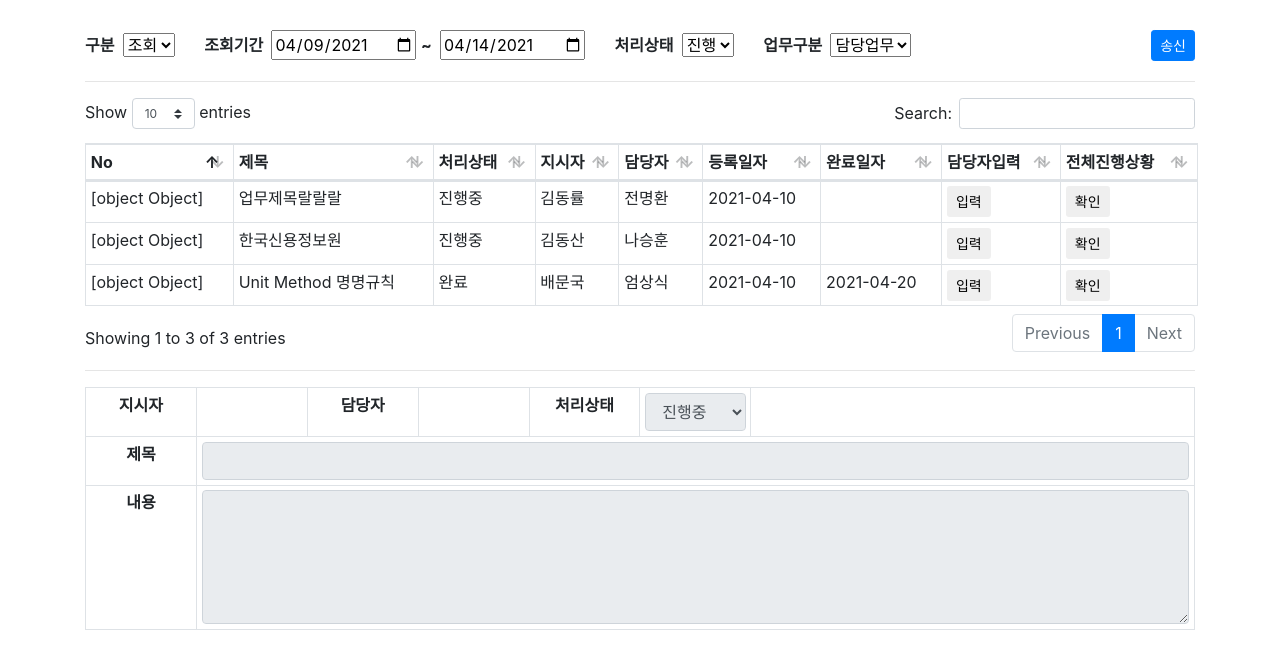
Repository: jungtaeyong/FSB_Project
Page: http://localhost/FsbJobMgt/main.jsp
The author's editor kept a copy of each file at every save. The page is drawn from the files as they stood at one save, then again after the next save.
The browser window is 1280 px wide. The pictures show the whole page.
The page is served by Tomcat 9.

Above is the page before, as saved 2021-04-16 06:15:14.

### FsbJobMgt/WebContent/main.jsp
<%@ page language="java" contentType="text/html; charset=EUC-KR" pageEncoding="EUC-KR"%>
<%@ include file="/modal1_Adding.jsp" %>

<!DOCTYPE html PUBLIC "-//W3C//DTD HTML 4.01 Transitional//EN" "http://www.w3.org/TR/html4/loose.dtd">
<html>
<head>
<meta http-equiv="Content-Type" content="text/html; charset=EUC-KR">
<title>업무 관리</title>
</head>
<body>
<!-- jquery  -->
<script type="text/javascript" src="js/jquery-3.6.0.min.js"></script>

<!-- bootstrap -->
<link rel="stylesheet" type="text/css" href="lib/Bootstrap-4-4.1.1/css/bootstrap.min.css"/>
<script type="text/javascript" src="lib/Bootstrap-4-4.1.1/js/bootstrap.min.js"></script>

<!-- datatables -->
<link rel="stylesheet" type="text/css" href="lib/DataTables-1.10.24/css/dataTables.bootstrap4.min.css"/>
<script type="text/javascript" src="lib/DataTables-1.10.24/js/jquery.dataTables.min.js"></script>
<script type="text/javascript" src="lib/DataTables-1.10.24/js/dataTables.bootstrap4.min.js"></script>
<script>
$(document).ready(function() {
	/* 초기 조회 조건 세팅 */
	$('#REQUEST_TYPE').val('1'); //구분
	$('#BZWR_STS').val('01'); //처리상태
	$('#BZWR_DSTC').val('2'); //업무구분

	let befor7days= new Date();
	befor7days.setDate(befor7days.getDate()-5);
	document.getElementById('FROM_DATE').valueAsDate = befor7days; //FROM_DATE
	document.getElementById('TO_DATE').valueAsDate = new Date(); //TO_DATE


	 $('#job_list').DataTable( {
		 ajax : {
	        	url : 'lib/testJson2.json',
	        	type : 'POST',
	        	data : {
	        		REQUEST_TYPE:$('#REQUEST_TYPE').val(),
	        		FROM_DATE:$('#FROM_DATE').val(),
	        		TO_DATE:$('#TO_DATE').val(),
	        		BZWR_STS:$('#BZWR_STS').val(),
	        		BZWR_DSTC:$('#BZWR_DSTC').val()
	        	}
	        },
	        columns : [
	       			{data: null },
	       			{data: "BZWR_TTL" },
	                   {data: "BZWR_STS", render : function ( data, type, row, meta ) {
	                   	if(data=="01"){
	                   		return '진행중';
	                   	}else if(data=="02"){
	                   		return '완료';
	                   	}
	                   }},
	                   {data: "BZWR_INDC_CHGR_TXT" },
	                   {data: "BZWR_EXC_CHGR_TXT" },
	                   {data: "BZWR_REG_DT" },
	                   {data: "BZWR_CMPL_DT" },
	                   {data: null , render : function ( data, type, row, meta ) {
	                       return '<button name="first_btn" class="btn btn-sm btn-default">입력</button>'
	                   }},
	                   {data: null , render : function ( data, type, row, meta ) {
	                       return '<button name="second_btn" class="btn btn-sm btn-default">확인</button>'
	                   }}
	               ]
	 } );


	/* 송신버튼 */
	$('#action_submit').click(function(){
		let dvcd = $('#REQUEST_TYPE').val();
		if(dvcd=='1'){
			console.log('조회');
			setTable();
		}else if(dvcd=='2'){
			console.log('등록');
			createNewJob();
		}else if(dvcd=='3'){
			console.log('변경');
			updateJob();
		}
	});

	/* 구분 변경 이벤트 처리 */
	$('#REQUEST_TYPE').change(function() {
		let dvcd = $('#REQUEST_TYPE').val();
		if(dvcd=='1'){
			$('#BZWR_EXC_CHGR_BTN').hide();
			$('#BZWR_STS_2').attr("disabled",true);
			$('#BZWR_TTL').attr("disabled",true);
			$('#BZWR_CNTN').attr("disabled",true);
		}else if(dvcd=='2'){
			$('#BZWR_INDC_CHGR').text('로그인 유저');
			$('#BZWR_EXC_CHGR').text('');
			$('#BZWR_EXC_CHGR_BTN').show();
			$('#BZWR_STS_2').attr("disabled",true);
			$('#BZWR_TTL').val("");
			$('#BZWR_CNTN').val("");
			$('#BZWR_TTL').removeAttr("disabled");
			$('#BZWR_CNTN').removeAttr("disabled");
		}else if(dvcd=='3'){
			$('#BZWR_EXC_CHGR_BTN').show();
			$('#BZWR_STS_2').removeAttr("disabled");
			$('#BZWR_TTL').removeAttr("disabled");
			$('#BZWR_CNTN').removeAttr("disabled");
			alert('변경할 데이터를 선택해주세요.');
		}
	});

} );

function setTable(){
	/* 테이블 데이터 로딩 */
	let sendData = {
    		REQUEST_TYPE:$('#REQUEST_TYPE').val(),
    		FROM_DATE:$('#FROM_DATE').val(),
    		TO_DATE:$('#TO_DATE').val(),
    		BZWR_STS:$('#BZWR_STS').val(),
    		BZWR_DSTC:$('#BZWR_DSTC').val()
    };
	console.log('sendData',sendData);
	let jobList = $('#job_list').DataTable( {
        ajax : {
        	url : 'lib/testJson2.json',
        	type : 'POST',
        	data : sendData
        },
        columns : [
			{data: null },
			{data: "BZWR_TTL" },
            {data: "BZWR_STS", render : function ( data, type, row, meta ) {
            	if(data=="01"){
            		return '진행중';
            	}else if(data=="02"){
            		return '완료';
            	}
            }},
            {data: "BZWR_INDC_CHGR_TXT" },
            {data: "BZWR_EXC_CHGR_TXT" },
            {data: "BZWR_REG_DT" },
            {data: "BZWR_CMPL_DT" },
            {data: null , render : function ( data, type, row, meta ) {
                return '<button name="first_btn" class="btn btn-sm btn-default">입력</button>'
            }},
            {data: null , render : function ( data, type, row, meta ) {
                return '<button name="second_btn" class="btn btn-sm btn-default">확인</button>'
            }}
        ],
        columnDefs: [{ className: 'text-center', targets: [0,2,3,4,5,6,7,8] }],
        order: [[ 1, 'asc' ]]
    });

	/* 테이블 Index 생성을 위한 함수 */
	jobList.on( 'order.dt search.dt', function () {
		jobList.column(0, {search:'applied', order:'applied'}).nodes().each( function (cell, i) {
	        cell.innerHTML = i+1;
	    } );
	} ).draw();

	/* 테이블 클릭 이벤트  -> 클릭한 row에 해당하는 데이터를 상세 정보에 보여줌*/
	$('#job_list tbody').on('click', 'td:nth-child(-n+7)', function () {
		let data = jobList.row( this ).data();
	    console.log('Table Click Event',data);

		if($('#REQUEST_TYPE').val()!='2'){ //"구분-등록" 상태면 반응 없음.
	        $('#BZWR_INDC_CHGR').text(data.BZWR_INDC_CHGR_TXT); //지시자
	        $('#BZWR_EXC_CHGR').text(data.BZWR_EXC_CHGR_TXT); //담당자
	        $('#BZWR_STS_2').val(data.BZWR_STS); //처리상태(업무상태)
	        $('#BZWR_TTL').val(data.BZWR_TTL); //제목
	        $('#BZWR_CNTN').val(data.BZWR_CNTN); //내용
	        if($('#REQUEST_TYPE').val()=='1' || data.BZWR_STS=='02'){
	        	$('#BZWR_EXC_CHGR_BTN').hide();
				$('#BZWR_STS_2').attr("disabled",true);
				$('#BZWR_TTL').attr("disabled",true);
				$('#BZWR_CNTN').attr("disabled",true);
	        }else{
	        	$('#BZWR_EXC_CHGR_BTN').show();
				$('#BZWR_STS_2').removeAttr("disabled");
				$('#BZWR_TTL').removeAttr("disabled");
				$('#BZWR_CNTN').removeAttr("disabled");
	        }
		}
	} );

	/* 선택된  row 하이라이트 */
	$('#job_list tbody').on('click', 'tr', function() {
		$('#job_list tbody > tr').css('background-color','#ffffff');
		$(this).css('background-color','#f0f5f5');
	});

	/* 테이블 버튼 이벤트(담당자입력) */
	$('#job_list tbody').on( 'click', 'button[name="first_btn"]', function () {
	    let data = jobList.row( $(this).parents('tr') ).data();
		//console.log("First Button",data);
		setData(data); //모달 페이지로 데이터를 전달하기 위한 함수
		$('#exampleModal').modal();
	} );

	/* 테이블 버튼 이벤트(전체진행상황) */
	$('#job_list tbody').on( 'click', 'button[name="second_btn"]', function () {
	    let data = jobList.row( $(this).parents('tr') ).data();
		//console.log("Second Button",data);
	    setData(data); //모달 페이지로 데이터를 전달하기 위한 함수
		$('#exampleModalCenter').modal();
	} );
}

/* 등록 */
function createNewJob(){
	$.ajax({
		url:'',
		dataType:'application/json',
		data : {
			REQUEST_TYPE:$('#REQUEST_TYPE').val(), //구분(조회,등록,변경)
			BZWR_DSTC:$('#BZWR_DSTC').val(), //업무구분
			BZWR_INDC_CHGR:'로그인 유저', //업무지시담당자
			BZWR_EXC_CHGR:'담당자', //업무수행담당자
			BZWR_STS:'1', //업무상태 (등록 시 진행으로 세팅)
			BZWR_TTL:$('#BZWR_TTL').val(), //업무제목
			BZWR_CNTN:$('#BZWR_CNTN').val() //업무내용
		},
		success:function(data){
			alert('등록 되었습니다.');
	   }
	})
}

/* 변경 */
function updateJob(){
	$.ajax({
		url:'',
		dataType:'application/json',
		data : {
			REQUEST_TYPE:$('#REQUEST_TYPE').val(), //구분(조회,등록,변경)
			BZWR_DSTC:$('#BZWR_DSTC').val(), //업무구분
			BZWR_EXC_CHGR:'담당자', //업무수행담당자
			BZWR_STS:$('#BZWR_STS_2').val(), //업무상태
			BZWR_TTL:$('#BZWR_TTL').val(), //업무제목
			BZWR_CNTN:$('#BZWR_CNTN').val() //업무내용
		},
		success:function(data){
			alert('변경 되었습니다.');
	   }
	})
}

</script>
<div class="container" style="margin-top:30px">
	<!-- 조회 조건 -->
	<div>
		<div>
			<label style="font-weight:bold;">구분&nbsp;</label>
			<select id="REQUEST_TYPE" style="margin-right:25px">
			    <option value="1">조회</option>
			    <option value="2">등록</option>
			    <option value="3">변경</option>
			</select>
			<label style="font-weight:bold">조회기간&nbsp;</label>
			<input type="date" id="FROM_DATE" style="width:145px" value=""/>
			<label style="font-weight:bold">~&nbsp;</label>
			<input type="date" id="TO_DATE" value=""  style="margin-right:25px;width:145px"/>
			<label style="font-weight:bold;">처리상태&nbsp;</label>
			<select id="BZWR_STS" style="margin-right:25px">
			    <option value="01">진행</option>
			    <option value="02">완료</option>
			    <option value="03">전체</option>
			</select>
			<label style="font-weight:bold;">업무구분&nbsp;</label>
			<select id="BZWR_DSTC">
			    <option value="1">지시업무</option>
			    <option value="2">담당업무</option>
			</select>
			<input type='button' id="action_submit" class="btn btn-sm btn-primary" style="float:right" value='송신'/>
		</div>
	</div>
	<hr/>
	<!-- 목록 -->
	<div>
		<table id="job_list" class="table table-sm table-bordered">
	        <thead>
	            <tr>
	            	<th>No</th>
	                <th>제목</th>
	                <th>처리상태</th>
	                <th>지시자</th>
	                <th>담당자</th>
	                <th>등록일자</th>
	                <th>완료일자</th>
	                <th>담당자입력</th>
	                <th>전체진행상황</th>
	            </tr>
	        </thead>
	    </table>
	</div>
	<hr/>
	<!-- 상세 -->
	<div>
		<table class="table table-bordered table-sm display" style="text-align:center;">
			<tr>
				<th scope="col" width="10%">지시자</th>
				<td scope="col" id="BZWR_INDC_CHGR" width="10%"></td>
				<th scope="col" width="10%">담당자</th>
				<td scope="col" width="10%">
					<span id="BZWR_EXC_CHGR"></span>
					<button id="BZWR_EXC_CHGR_BTN" class="btn btn-sm btn-info" style="display:none">선택</button>
				</td>
				<th scope="col" width="10%">처리상태</th>
				<td scope="col" width="10%">
					<select id="BZWR_STS_2" class="form-control" disabled>
					    <option value="01">진행중</option>
					    <option value="02">완료</option>
					</select>
				</td>
				<td scope="col"></td>
			</tr>
			<tr>
				<th scope="row">제목</th><td colspan="6"><input type="text" id="BZWR_TTL" class="form-control input-sm" disabled/></td>
			</tr>
			<tr>
				<th scope="row">내용</th><td colspan="6"><textarea ID="BZWR_CNTN" class="form-control input-sm" rows="5" disabled></textarea></td>
			</tr>
		</table>
	</div>
</div>
</body>
</html>

### FsbJobMgt/WebContent/modal1_Adding.jsp
<%@ page language="java" contentType="text/html; charset=EUC-KR"
    pageEncoding="EUC-KR"%>
<!DOCTYPE html>

<html lang="en">
  <head>
    <!-- Required meta tags -->
    <meta charset="utf-8">
    <meta name="viewport" content="width=device-width, initial-scale=1, shrink-to-fit=no">

	<!-- jquery  -->
	<script type="text/javascript" src="js/jquery-3.6.0.min.js"></script>

	<!-- bootstrap -->
	<link rel="stylesheet" type="text/css" href="lib/Bootstrap-4-4.1.1/css/bootstrap.min.css"/>
	<script type="text/javascript" src="lib/Bootstrap-4-4.1.1/js/bootstrap.min.js"></script>




<!--     드롭다운 style -->
    <style>
	.dropbtn {
	  background-color: #4CAF50;
	  color: white;
	  padding: 16px;
	  font-size: 16px;
	  border: none;
	}

	.dropdown {
	  position: relative;
	  display: inline-block;
	}

	.dropdown-content {
	  display: none;
	  position: absolute;
	  background-color: #f1f1f1;
	  min-width: 160px;
	  box-shadow: 0px 8px 16px 0px rgba(0,0,0,0.2);
	  z-index: 1;
	}

	.dropdown-content a {
	  color: black;
	  padding: 12px 16px;
	  text-decoration: none;
	  display: block;
	}

	.dropdown-content a:hover {background-color: #ddd;}

	.dropdown:hover .dropdown-content {display: block;}

	.dropdown:hover .dropbtn {background-color: #3e8e41;}
	</style>

  </head>
  <script>
	function setData(data){
		let dataObjFromMain; //dataObjFromMain.JOB_CD 처럼 접근해서 사용.
		dataObjFromMain=data;
		console.log('dataObjFromMain',dataObjFromMain); //확인용

		/* 여기에 DB에 데이터 요청하고 받아오고 view에 적용하는 로직 작성 */
	}
  </script>
  <body>
    <!--
    <h1>In Page</h1>
	<button type="button" class="btn btn-primary" data-toggle="modal" data-target="#exampleModal" data-whatever="@mdo">담당자 추가</button>
	-->


	<!-- 	### 담당자 추가 -->
	<div class="modal fade" id="exampleModal" tabindex="-1" role="dialog" aria-labelledby="exampleModalLabel" aria-hidden="true">
	  <div class="modal-dialog" role="document">
	    <div class="modal-content">
	      <div class="modal-header">
	        <h5 class="modal-title" id="exampleModalLabel">담당자 추가</h5>
	        <button type="button" class="close" data-dismiss="modal" aria-label="Close">
	          <span aria-hidden="true">&times;</span>
	        </button>
	      </div>

	      <div class="modal-body">
		    <b>최초 지시자&emsp;</b> <em>OOO</em>
		    &emsp;&emsp;&emsp;&emsp;&emsp;
		    <b>현재 담당자&emsp;</b> <em>OOO</em>

	     	<br/><br/>

			<table>
				<tr><!--행(row)선언-->
	                <th><b>추가 담당자</b></th>


	                	<!-- <input type="text" name = "UserID" value="" placeholder = "담당자 입력" style="width:100px; right:30%;"/> -->
	                	<!-- <input type="text" class="form-control" id="recipient-name" style="width:100px; padding-left:10px"> -->
	                	<td>
	                	&emsp;
	                		<select name="solar_birth_yn" id="solar_birth_yn">
		                		<option value="none">부 서</option>
		 				       	<option value="1">IT</option>
					       	 	<option value="2">일반본부</option>
					   		</select>
					   	&emsp;
					   		<select name="solar_birth_yn" id="solar_birth_yn">
		                		<option value="none">팀</option>
		 				       	<option value="1">계정운영팀</option>
					       	 	<option value="2">계정개발팀</option>
					   		</select>
					   	&emsp;
					   		<select name="solar_birth_yn" id="solar_birth_yn">
		                		<option value="none">사원</option>
		 				       	<option value="1">홍길동</option>
					       	 	<option value="2">김동율</option>
					   		</select>
					    </td>

	                <!-- <th rowspan="2"><input type="submit" value="로그인"/></th> -->
        	    </tr>
			</table>


			<hr>

	        <form>
	          <div class="form-group">
	            <label for="recipient-name" class="col-form-label">제 목</label>
	            <input type="text" class="form-control" id="recipient-name">
	          </div>
	          <div class="form-group">
	            <label for="message-text" class="col-form-label">내 용</label>
	            <textarea class="form-control" id="message-text" style="height:100px"></textarea>
	          </div>
	        </form>
	      </div>

	      <div class="modal-footer">
	        <button type="button" class="btn btn-secondary" data-dismiss="modal">닫기</button>
	        <button type="button" class="btn btn-primary">등록</button>
	      </div>
	    </div>
	  </div>
	</div>

	<!-- 	### 지시현황 체크 -->
		<!-- Button trigger modal -->
	<!--
	<button type="button" class="btn btn-primary" data-toggle="modal" data-target="#exampleModalCenter">
	  지시현황
	</button>
	-->

	<!-- Modal -->
	<div class="modal fade" id="exampleModalCenter" tabindex="-1" role="dialog" aria-labelledby="exampleModalCenterTitle" aria-hidden="true">
	  <div class="modal-dialog modal-dialog-centered" role="document">
	    <div class="modal-content">
	      <div class="modal-header">
	        <h5 class="modal-title" id="exampleModalCenterTitle">지시현황</h5>
	        <button type="button" class="close" data-dismiss="modal" aria-label="Close">
	          <span aria-hidden="true">&times;</span>
	        </button>
	      </div>

	      <div class="modal-body">
		     <table class="table">
				 <thead>
				   <tr>
				      <th>지시자</th>
				      <th>담당자</th>
				      <th>처리 상태</th>
   				      <th>지시 일자</th>
				   </tr>
				 </thead>
				 <tbody>
				   <tr>
				      <td>John</td>
				      <td>Doe</td>
				      <td>진행중</td>
				      <td>2021.03.01</td>
				   </tr>
				   <tr>
				      <td>Doe</td>
				      <td>Moe</td>
				      <td>진행중</td>
   				      <td>2021.04.02</td>
				   </tr>
				   <tr>
				      <td>Moe</td>
				      <td>Ryul</td>
				      <td>완료</td>
				      <td>2021.04.10</td>
				   </tr>
				 </tbody>
			</table>
	      </div>

	      <div class="modal-footer">
	        <button type="button" class="btn btn-secondary" data-dismiss="modal">닫기</button>
	      </div>
	    </div>
	  </div>
</div>




 </body>
</html>

### FsbJobMgt/WebContent/lib/testJson2.json
{
  "data": [
    {
      "BZWR_DSTC": "1",
      "JOB_CD": "20210410123456",
      "SQNO": "1",
      "BZWR_STS": "01",
      "BZWR_REG_DT": "2021-04-10",
      "BZWR_CMPL_DT": "",
      "BZWR_INDC_CHGR": "221001",
      "BZWR_INDC_CHGR_TXT": "김동률",
      "BZWR_EXC_CHGR":"221002",
      "BZWR_EXC_CHGR_TXT":"전명환",
      "BZWR_TTL":"업무제목랄랄랄",
      "BZWR_CNTN":"업무내용호롤롤롤"
    },
    {
      "BZWR_DSTC": "1",
      "JOB_CD": "20210410153215",
      "SQNO": "2",
      "BZWR_STS": "01",
      "BZWR_REG_DT": "2021-04-10",
      "BZWR_CMPL_DT": "",
      "BZWR_INDC_CHGR": "221001",
      "BZWR_INDC_CHGR_TXT": "김동산",
      "BZWR_EXC_CHGR":"221002",
      "BZWR_EXC_CHGR_TXT":"나승훈",
      "BZWR_TTL":"한국신용정보원",
      "BZWR_CNTN":"일반신용정보관리규약 실무 해설"
    },
    {
      "BZWR_DSTC": "1",
      "JOB_CD": "20210410095031",
      "SQNO": "3",
      "BZWR_STS": "02",
      "BZWR_REG_DT": "2021-04-10",
      "BZWR_CMPL_DT": "2021-04-20",
      "BZWR_INDC_CHGR": "221001",
      "BZWR_INDC_CHGR_TXT": "배문국",
      "BZWR_EXC_CHGR":"221002",
      "BZWR_EXC_CHGR_TXT":"엄상식",
      "BZWR_TTL":"Unit Method 명명규칙",
      "BZWR_CNTN":"피대문자 어플리케이션코드 세자리 대문자 업무구분코드"
    }
 ]
}

Loaded but not shown: FsbJobMgt/WebContent/js/jquery-3.6.0.min.js (library); FsbJobMgt/WebContent/lib/Bootstrap-4-4.1.1/css/bootstrap.min.css (library); FsbJobMgt/WebContent/lib/Bootstrap-4-4.1.1/js/bootstrap.min.js (library); FsbJobMgt/WebContent/lib/DataTables-1.10.24/css/dataTables.bootstrap4.min.css (library); FsbJobMgt/WebContent/lib/DataTables-1.10.24/js/jquery.dataTables.min.js (library); FsbJobMgt/WebContent/lib/DataTables-1.10.24/js/dataTables.bootstrap4.min.js (library)

After the next save:
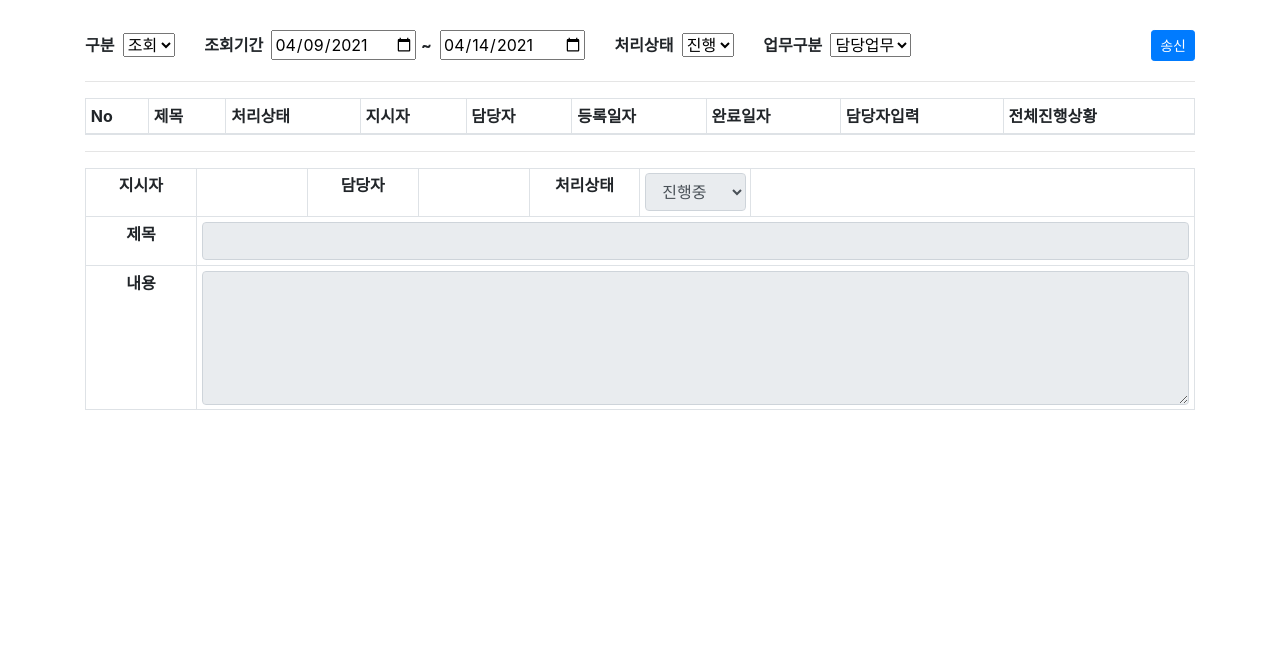
Saved 26 s later.
--- a/FsbJobMgt/WebContent/main.jsp
+++ b/FsbJobMgt/WebContent/main.jsp
@@ -30,42 +30,6 @@ $(document).ready(function() {
 	befor7days.setDate(befor7days.getDate()-5);
 	document.getElementById('FROM_DATE').valueAsDate = befor7days; //FROM_DATE
 	document.getElementById('TO_DATE').valueAsDate = new Date(); //TO_DATE
-
-
-	 $('#job_list').DataTable( {
-		 ajax : {
-	        	url : 'lib/testJson2.json',
-	        	type : 'POST',
-	        	data : {
-	        		REQUEST_TYPE:$('#REQUEST_TYPE').val(),
-	        		FROM_DATE:$('#FROM_DATE').val(),
-	        		TO_DATE:$('#TO_DATE').val(),
-	        		BZWR_STS:$('#BZWR_STS').val(),
-	        		BZWR_DSTC:$('#BZWR_DSTC').val()
-	        	}
-	        },
-	        columns : [
-	       			{data: null },
-	       			{data: "BZWR_TTL" },
-	                   {data: "BZWR_STS", render : function ( data, type, row, meta ) {
-	                   	if(data=="01"){
-	                   		return '진행중';
-	                   	}else if(data=="02"){
-	                   		return '완료';
-	                   	}
-	                   }},
-	                   {data: "BZWR_INDC_CHGR_TXT" },
-	                   {data: "BZWR_EXC_CHGR_TXT" },
-	                   {data: "BZWR_REG_DT" },
-	                   {data: "BZWR_CMPL_DT" },
-	                   {data: null , render : function ( data, type, row, meta ) {
-	                       return '<button name="first_btn" class="btn btn-sm btn-default">입력</button>'
-	                   }},
-	                   {data: null , render : function ( data, type, row, meta ) {
-	                       return '<button name="second_btn" class="btn btn-sm btn-default">확인</button>'
-	                   }}
-	               ]
-	 } );
 
 
 	/* 송신버튼 */
@@ -113,19 +77,17 @@ $(document).ready(function() {
 
 function setTable(){
 	/* 테이블 데이터 로딩 */
-	let sendData = {
-    		REQUEST_TYPE:$('#REQUEST_TYPE').val(),
-    		FROM_DATE:$('#FROM_DATE').val(),
-    		TO_DATE:$('#TO_DATE').val(),
-    		BZWR_STS:$('#BZWR_STS').val(),
-    		BZWR_DSTC:$('#BZWR_DSTC').val()
-    };
-	console.log('sendData',sendData);
 	let jobList = $('#job_list').DataTable( {
         ajax : {
         	url : 'lib/testJson2.json',
         	type : 'POST',
-        	data : sendData
+        	data : {
+        		REQUEST_TYPE:$('#REQUEST_TYPE').val(),
+        		FROM_DATE:$('#FROM_DATE').val(),
+        		TO_DATE:$('#TO_DATE').val(),
+        		BZWR_STS:$('#BZWR_STS').val(),
+        		BZWR_DSTC:$('#BZWR_DSTC').val()
+        	}
         },
         columns : [
 			{data: null },
